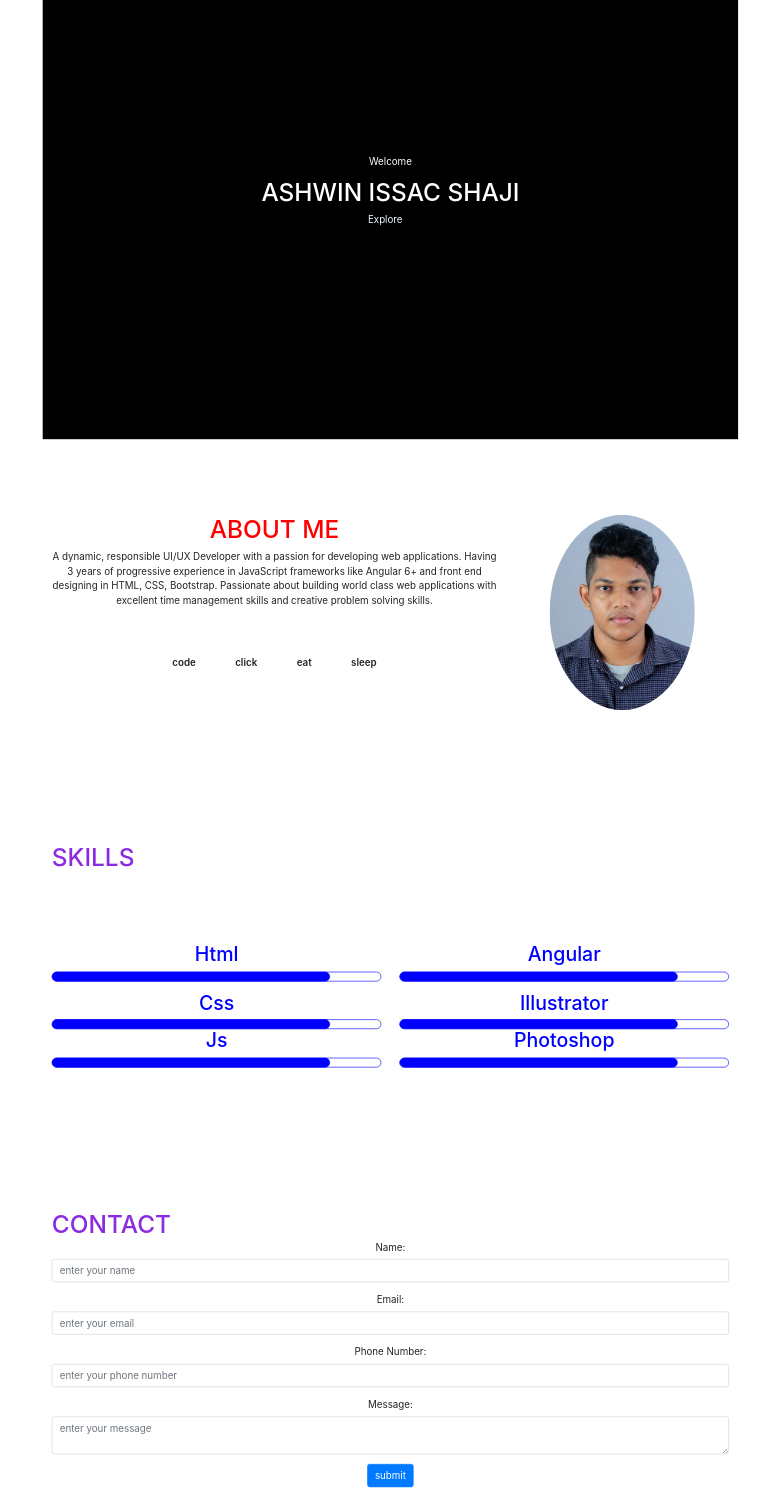
Repository: ashwinaisc/portfolio
Page: index.html
These files come from the project's save history. The page is drawn as it stood at one moment and after the next save; the edit follows.
The browser window is 1280 px wide. The pictures show the whole page, at 61% of full size.
Some web fonts or font styles are not loaded; a fallback is used.

Above is the page before, as saved 2019-08-13 20:28:46.
Not found: js/all.js

After the next save:
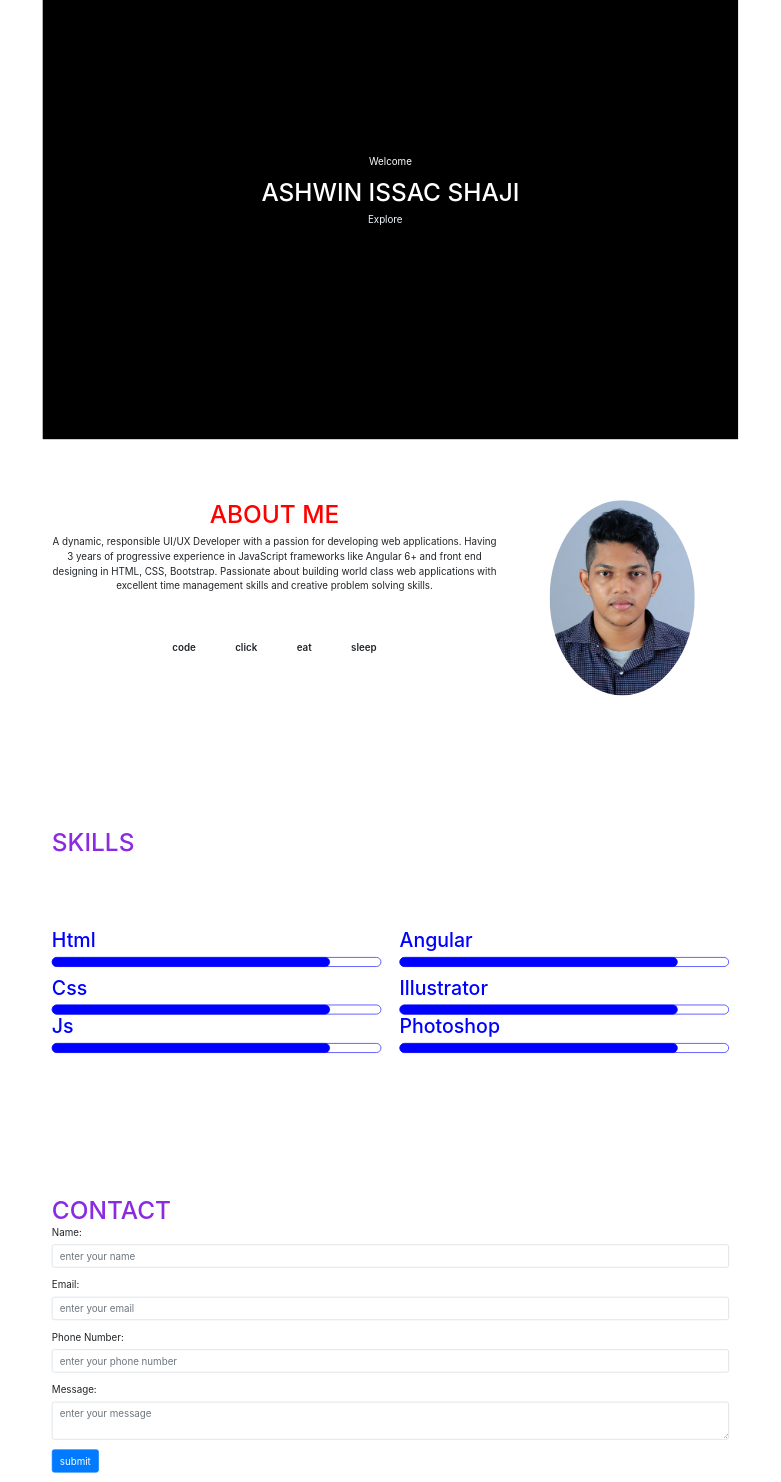
Saved 9 s later.
--- a/index.html
+++ b/index.html
@@ -16,7 +16,7 @@
                                 <div class="ais-header-block">
                                     <p class="ais-h-block-subheading">welcome</p>
                                     <h1  class="ais-h-block-heading">ashwin issac shaji</h1>
-                                    <button id="ais-h-btn" class="ais-h-block-btn" >Explore <i class="fas fa-angle-double-down"></i></i></button>
+                                    <button id="ais-h-btn" class="ais-h-block-btn" onclick="explore()">Explore <i class="fas fa-angle-double-down"></i></i></button>
                                 </div>
                         </div>
                     </div>
@@ -24,7 +24,7 @@
             </div>
 
 <!-- About -->
-            <dsession id="ais-about" class="container-fluid ais-about-cf" >
+            <div class="container-fluid ais-about-cf" >
                     <div class="container ais-about-c" >
                         <div class="row ais-about-row">
                             <div class="col-sm-12 col-lg-8 ais-about-col"  >
